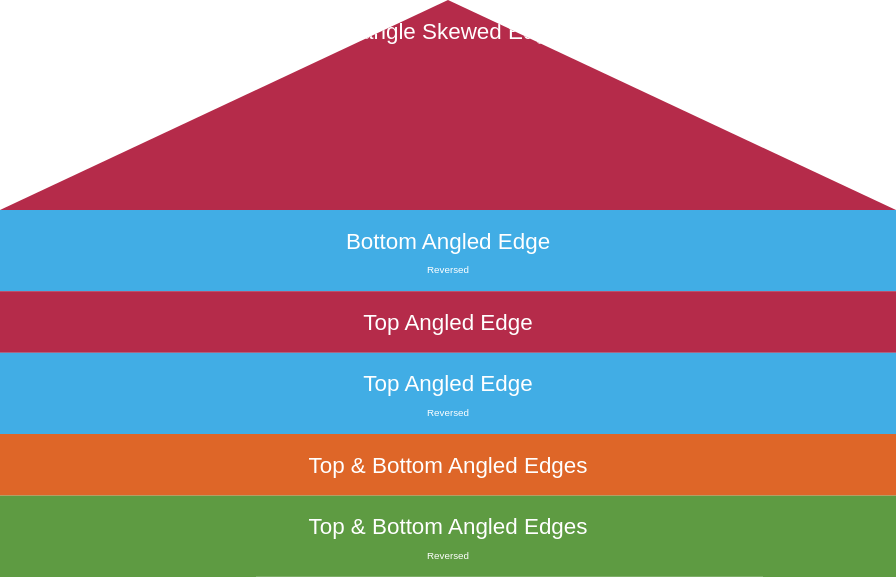
Repository: FrontendProjectsNL/mijn-portfolio-project
Page: /test-skewed-triangle
An editor plug-in stored every save of this project. The page is shown before and after the next save, followed by the edit.
The browser window is 1280 px wide. The pictures show the part of the page from y = 0 to 1920 px (the page is 824 px tall before and 3444 px after), at 70% of full size.
The project was rebuilt for these pictures with package versions that can differ from the ones it lists, and the page was loaded fresh each time. The framework's server and built-in components were replaced by stand-ins that run in the browser. Also part of the build but not shown: next.config.mjs.

Above is the page before, as saved 2024-10-23 00:29:42.

### app/layout.tsx
import type { Metadata } from 'next';
import localFont from 'next/font/local';

import { Roboto, Fira_Code, HelveticaNowDisplay } from 'next/font/google';

import './globals.css';

const geistSans = localFont({
  src: './fonts/GeistVF.woff',
  variable: '--font-geist-sans',
  weight: '100 900',
});
const geistMono = localFont({
  src: './fonts/GeistMonoVF.woff',
  variable: '--font-geist-mono',
  weight: '100 900',
});

const roboto = Roboto({
  subsets: ['latin'],
  weight: ['300', '400', '500', '700'],
  variable: '--font-roboto',
});

const firaCode = Fira_Code({
  subsets: ['latin'],
  weight: ['300', '400', '500', '700'],
  variable: '--font-fira-code',
});

export const metadata: Metadata = {
  title: 'Create Next App',
  description: 'Generated by create next app',
};

export default function RootLayout({
  children,
}: Readonly<{
  children: React.ReactNode;
}>) {
  return (
    <html lang="en">
      <body
        className={`${roboto.variable} ${firaCode.variable} ${geistSans.variable} ${geistMono.variable} antialiased`}
      >
        {children}
      </body>
    </html>
  );
}

### app/test-skewed-triangle/page.tsx
import '../test-skewed-triangle/skewed-triangle.css';

interface SkewedTriangleProps {}

const SkewedTriangle: React.FC<SkewedTriangleProps> = () => {
  return (
    <div>
      <div className="block bg-berry edge--triangle">
        <h1>Triangle Skewed Edge</h1>
      </div>

      <div className="block bg-blue edge edge--bottom-reverse">
        <h1>Bottom Angled Edge</h1>
        <p>Reversed</p>
      </div>

      <div className="block bg-berry edge edge--top">
        <h1>Top Angled Edge</h1>
      </div>

      <div className="block bg-blue edge edge--top-reverse">
        <h1>Top Angled Edge</h1>
        <p>Reversed</p>
      </div>

      <div className="block bg-orange edge edge--both">
        <h1>Top & Bottom Angled Edges</h1>
      </div>

      <div className="block bg-green edge edge--both-reverse">
        <h1>Top & Bottom Angled Edges</h1>
        <p>Reversed</p>
      </div>
    </div>
  );
};

export default SkewedTriangle;

### app/test-skewed-triangle/skewed-triangle.css
.edge--triangle {
  position: relative;
  z-index: 1;
  background: inherit;
  clip-path: polygon(
    50% 0%,
    0% 100%,
    100% 100%
  ); /* Creates the triangle shape */
  height: 300px; /* Adjust height based on your design */
}

/* Background Colors */
.bg-berry {
  background: #b52b4a;
}

.bg-blue {
  background: #41ade5;
}

.bg-orange {
  background: #de6628;
}

.bg-green {
  background: #5e9b42;
}

.block {
  color: #fff;
  font-family: 'Fira Sans', sans-serif;
  padding: 20px;
  text-align: center;
}

h1 {
  font-size: 32px;
  font-weight: 500;
}

p {
  font-size: 14px;
  font-weight: 300;
  margin-top: 0.5em;
}

### tailwind.config.ts
import { Roboto } from 'next/font/google';
import type { Config } from 'tailwindcss';

const config: Config = {
  darkMode: ['class'],
  content: [
    './pages/**/*.{js,ts,jsx,tsx,mdx}',
    './components/**/*.{js,ts,jsx,tsx,mdx}',
    './app/**/*.{js,ts,jsx,tsx,mdx}',
  ],

  theme: {
    extend: {
      // You can define custom animations here
      // keyframes: {
      //   slideKeyframe: {
      //     '0%': { transform: 'translateX(0)' },
      //     '100%': { transform: 'translateX(100%)' },
      //   },
      // },
      // animation: {
      //   slideAnimation: 'slideKeyframe 0.5s ease-in-out',
      // },
      fontFamily: {
        roboto: ['var(--font-roboto)', 'sans-serif'],
        firaCode: ['var(--font-fira-code)', 'monospace'],
      },
      colors: {
        background: 'hsl(var(--background))',
        foreground: 'hsl(var(--foreground))',
        card: {
          DEFAULT: 'hsl(var(--card))',
          foreground: 'hsl(var(--card-foreground))',
        },
        popover: {
          DEFAULT: 'hsl(var(--popover))',
          foreground: 'hsl(var(--popover-foreground))',
        },
        primary: {
          DEFAULT: 'hsl(var(--primary))',
          foreground: 'hsl(var(--primary-foreground))',
        },
        secondary: {
          DEFAULT: 'hsl(var(--secondary))',
          foreground: 'hsl(var(--secondary-foreground))',
        },
        muted: {
          DEFAULT: 'hsl(var(--muted))',
          foreground: 'hsl(var(--muted-foreground))',
        },
        accent: {
          DEFAULT: 'hsl(var(--accent))',
          foreground: 'hsl(var(--accent-foreground))',
        },
        destructive: {
          DEFAULT: 'hsl(var(--destructive))',
          foreground: 'hsl(var(--destructive-foreground))',
        },
        border: 'hsl(var(--border))',
        input: 'hsl(var(--input))',
        ring: 'hsl(var(--ring))',
        chart: {
          '1': 'hsl(var(--chart-1))',
          '2': 'hsl(var(--chart-2))',
          '3': 'hsl(var(--chart-3))',
          '4': 'hsl(var(--chart-4))',
          '5': 'hsl(var(--chart-5))',
        },
      },
      borderRadius: {
        lg: 'var(--radius)',
        md: 'calc(var(--radius) - 2px)',
        sm: 'calc(var(--radius) - 4px)',
      },
    },
  },
  plugins: [require('tailwindcss-animate')],
};
export default config;

Loaded but not shown: app/globals.css (common file)

After the next save:
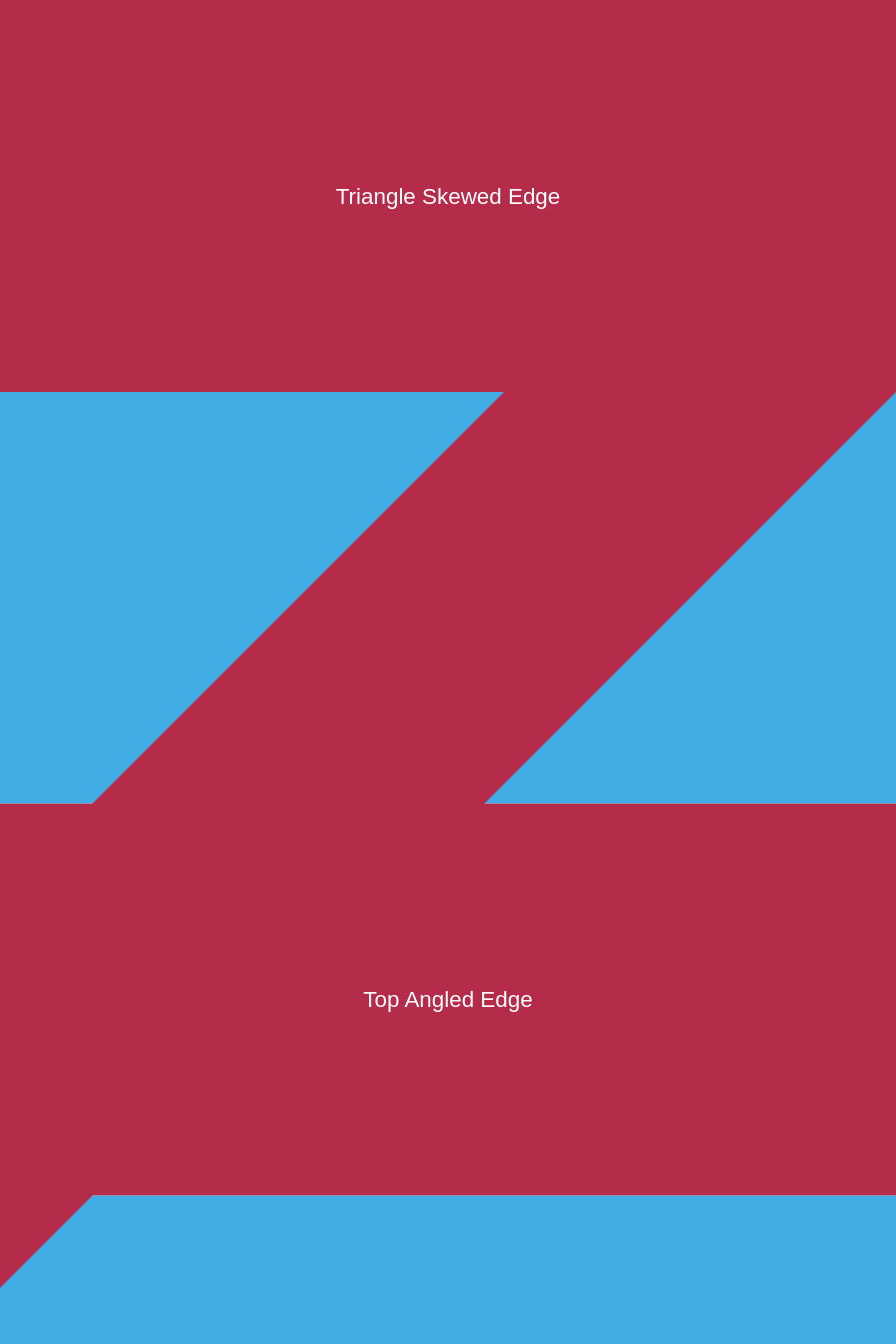
Saved 11 s later.
--- a/app/test-skewed-triangle/skewed-triangle.css
+++ b/app/test-skewed-triangle/skewed-triangle.css
@@ -1,13 +1,20 @@
 .edge--triangle {
   position: relative;
   z-index: 1;
+}
+
+.edge--triangle::after {
   background: inherit;
-  clip-path: polygon(
-    50% 0%,
-    0% 100%,
-    100% 100%
-  ); /* Creates the triangle shape */
-  height: 300px; /* Adjust height based on your design */
+  content: '';
+  display: block;
+  width: 100%;
+  height: 100%;
+  position: absolute;
+  bottom: 0;
+  left: 0;
+  z-index: -1;
+  transform: skewY(-45deg); /* Adjust skew to make a triangle-like shape */
+  transform-origin: 100% 100%;
 }
 
 /* Background Colors */
@@ -30,7 +37,7 @@
 .block {
   color: #fff;
   font-family: 'Fira Sans', sans-serif;
-  padding: 20px;
+  padding: 20% 20px;
   text-align: center;
 }
 
